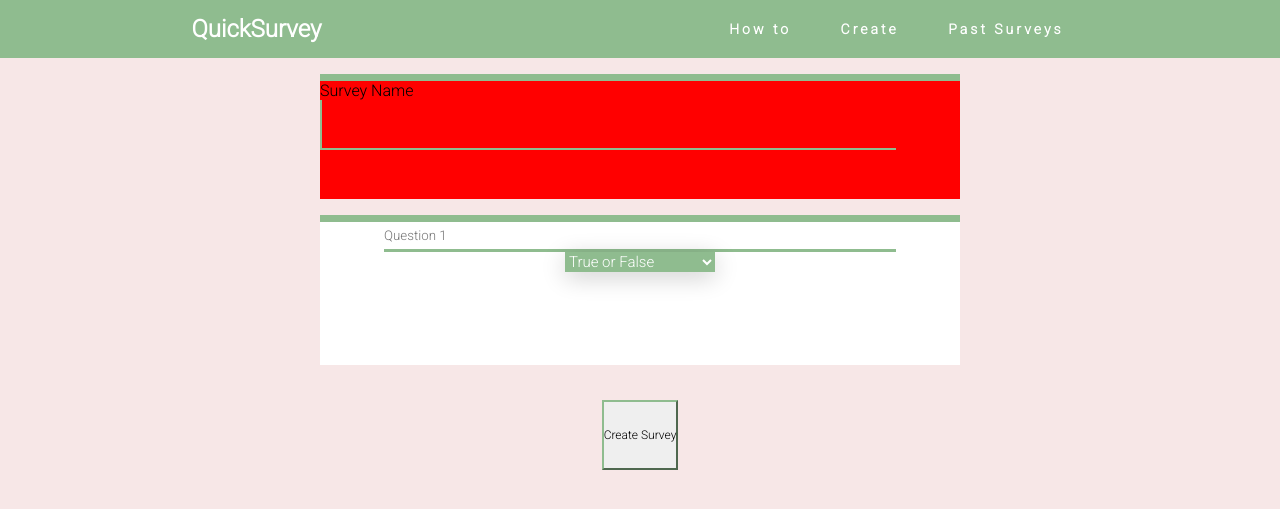
Repository: cakuang1/QuickSurvey
Page: create.html
An editor plug-in stored every save of this project. The page is shown before and after the next save, followed by the edit.
The browser window is 1280 px wide. The pictures show the whole page.
The first visible `.namecontainer` is being pressed.
Some web libraries are served in a nearby version.

Above is the page before, as saved 2022-01-08 23:28:11.

After the next save:
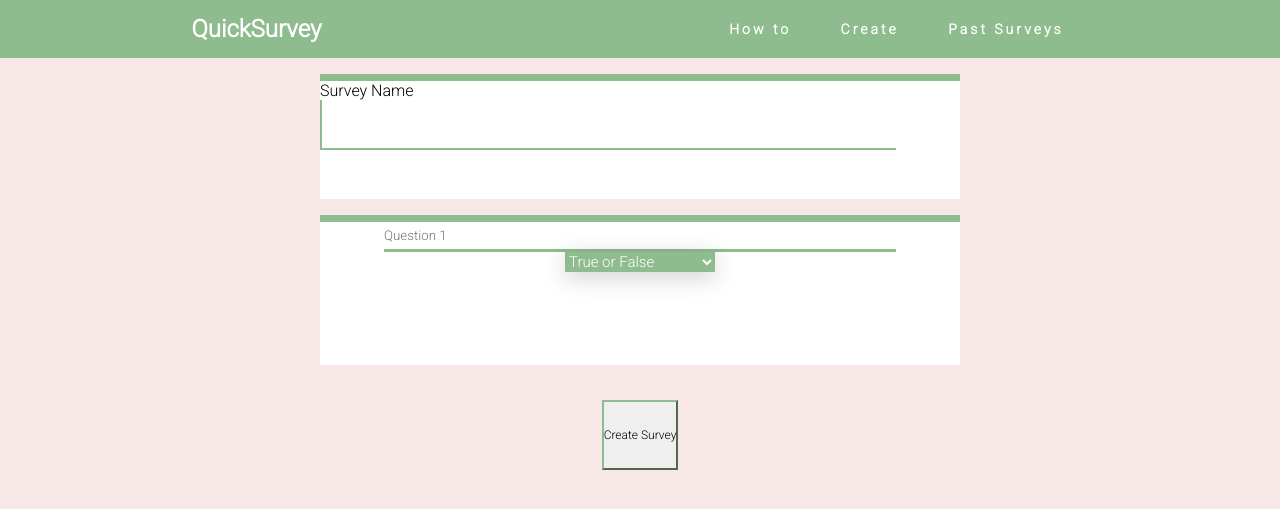
Saved 22 s later.
--- a/style.css
+++ b/style.css
@@ -64,9 +64,6 @@ nav {
 
 }
 
-.namecontainer:active {
-    background-color: red;
-}
 
 .namecontainer input {
     width: 90%;
